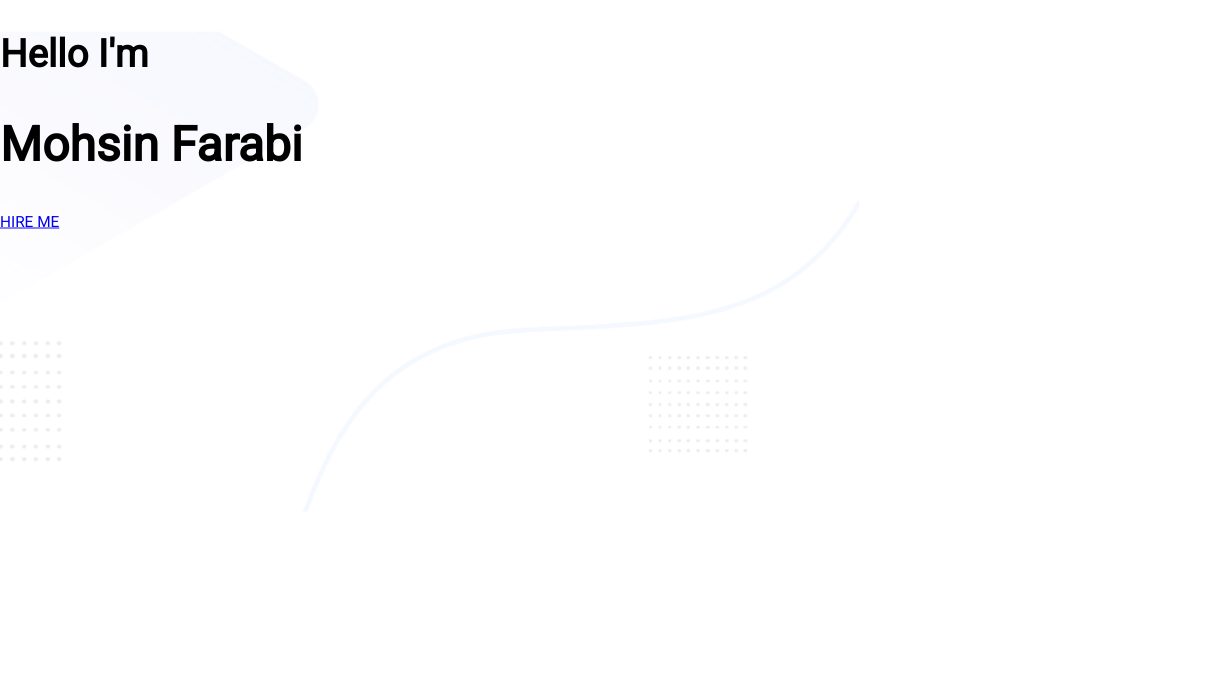
Repository: mohsinfarabi/personal-website
Page: index.html
The author's editor kept a copy of each file at every save. The page is drawn from the files as they stood at one save, then again after the next save.
The browser window is 1280 px wide. The pictures show the whole page, at 96% of full size.

Above is the page before, as saved 2020-07-01 02:56:52.

After the next save:
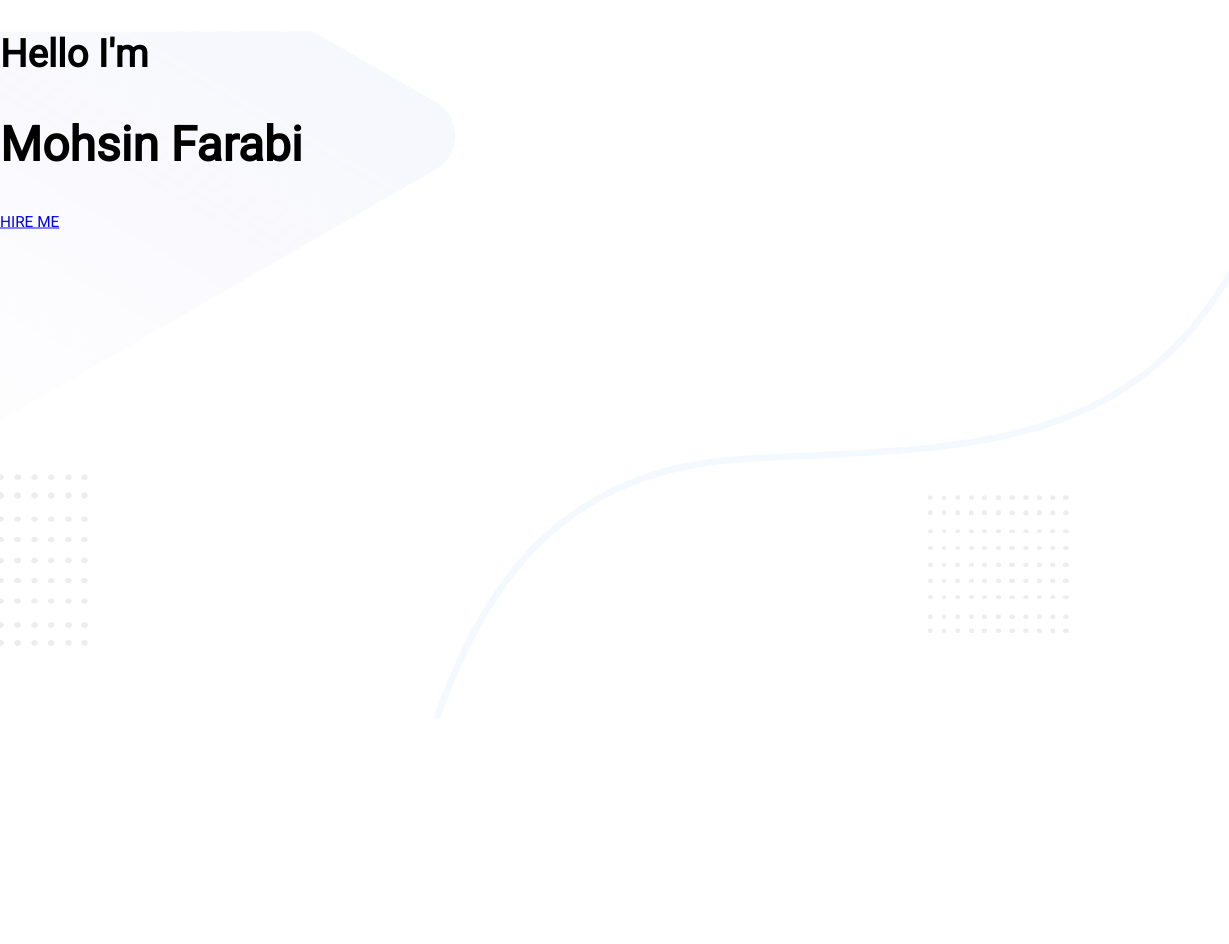
Saved 30 s later.
--- a/style.css
+++ b/style.css
@@ -16,7 +16,8 @@
     }
 
     section {
-        height: 500px;
+        height: 800px;
+        padding-bottom: 150px;
     }
 
     .biography {
